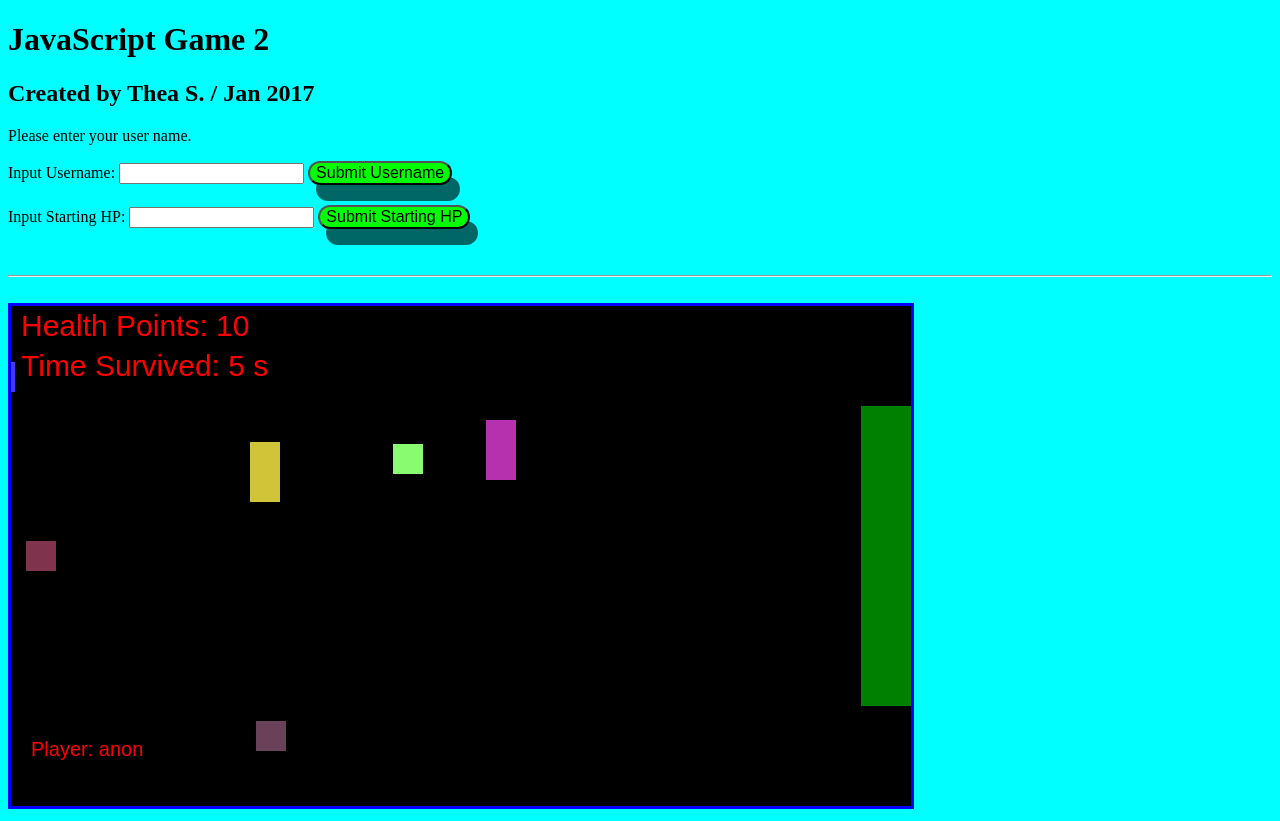
Repository: m-rabbit/b1_sukianto_code
Page: websites/JS_Game_02/index.html
These files come from the project's save history. The page is drawn as it stood at one moment and after the next save; the edit follows.
The browser window is 1280 px wide. The pictures show the whole page.

Above is the page before, as saved 2017-03-02 14:59:33.

After the next save:
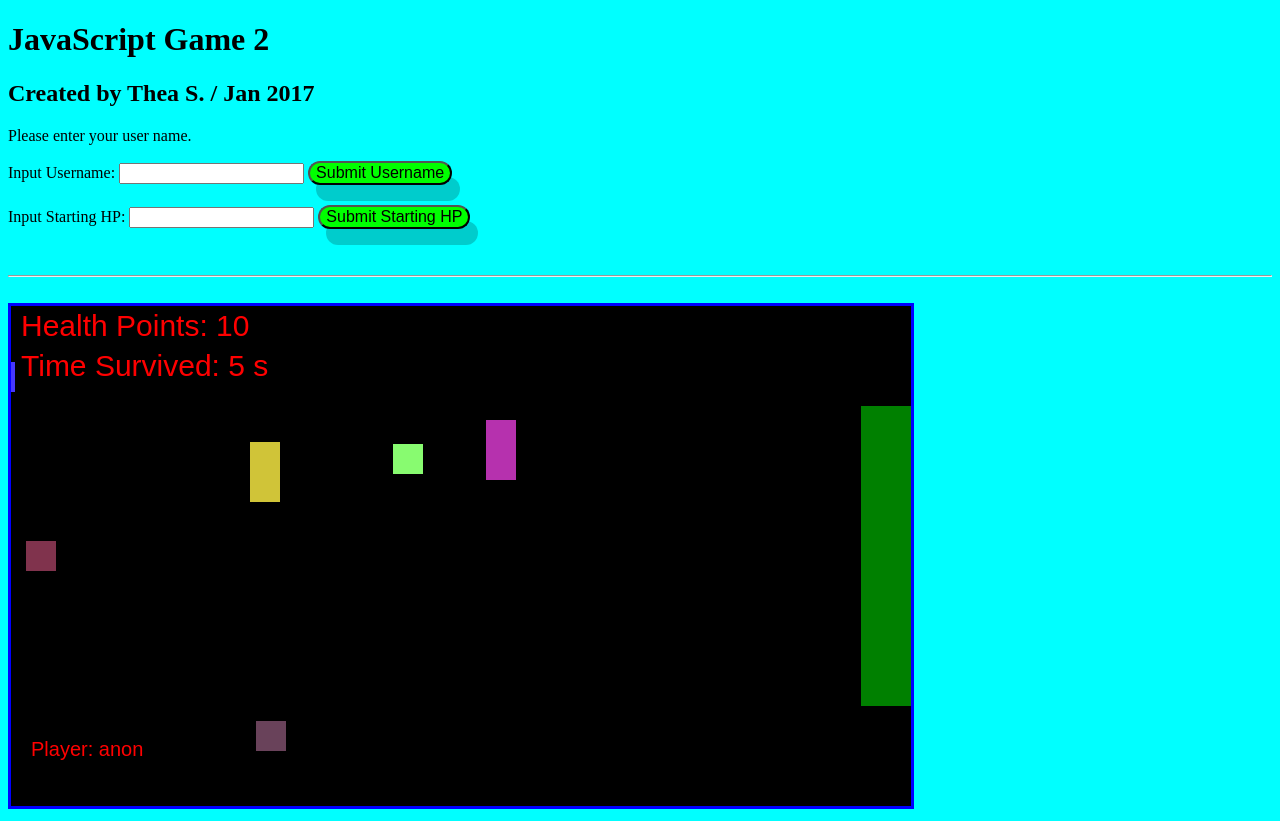
Saved 15 s later.
--- a/websites/JS_Game_02/index.html
+++ b/websites/JS_Game_02/index.html
@@ -15,7 +15,7 @@
 				color: black;
 				font-size: 16px;
 				border-radius: 12px;
-				box-shadow: 8px 16px rgba(0,0,0,0.6);
+				box-shadow: 8px 16px rgba(0,0,0,0.2);
 			}
 		</style>
 	</head>
